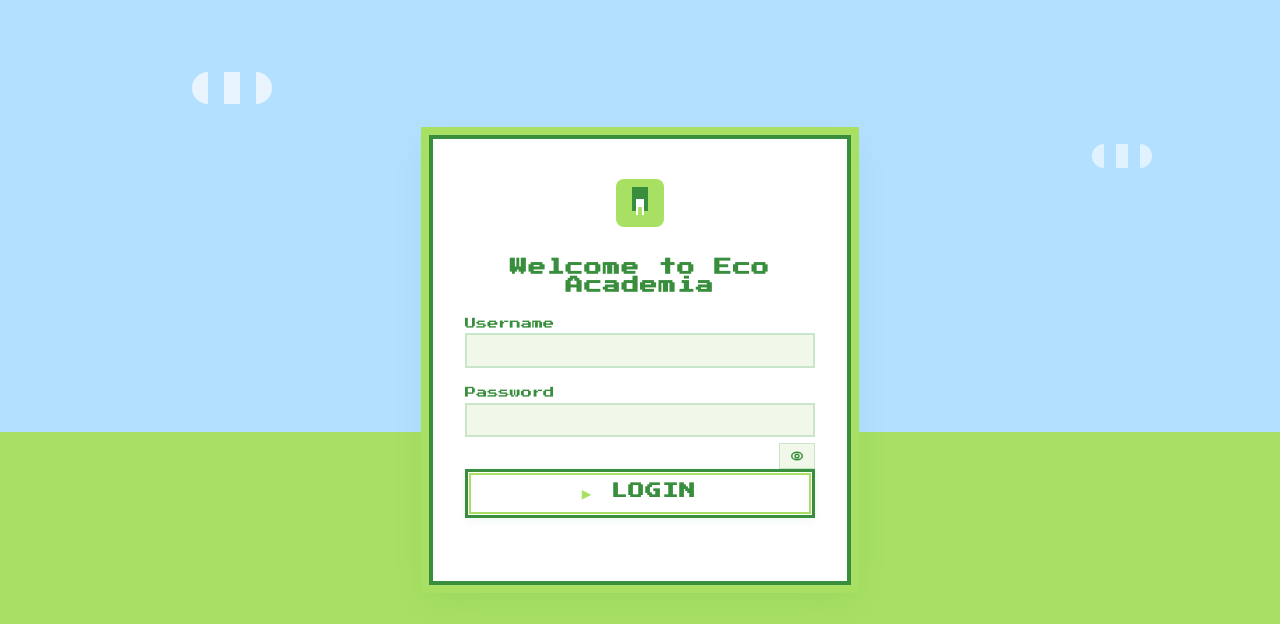
Repository: hotaruhshs/eco-academia
Page: login/index.html
These files come from the project's save history. The page is drawn as it stood at one moment and after the next save; the edit follows.
The browser window is 1280 px wide. The pictures show the whole page.

Above is the page before, as saved 2025-07-06 01:24:07.

After the next save:
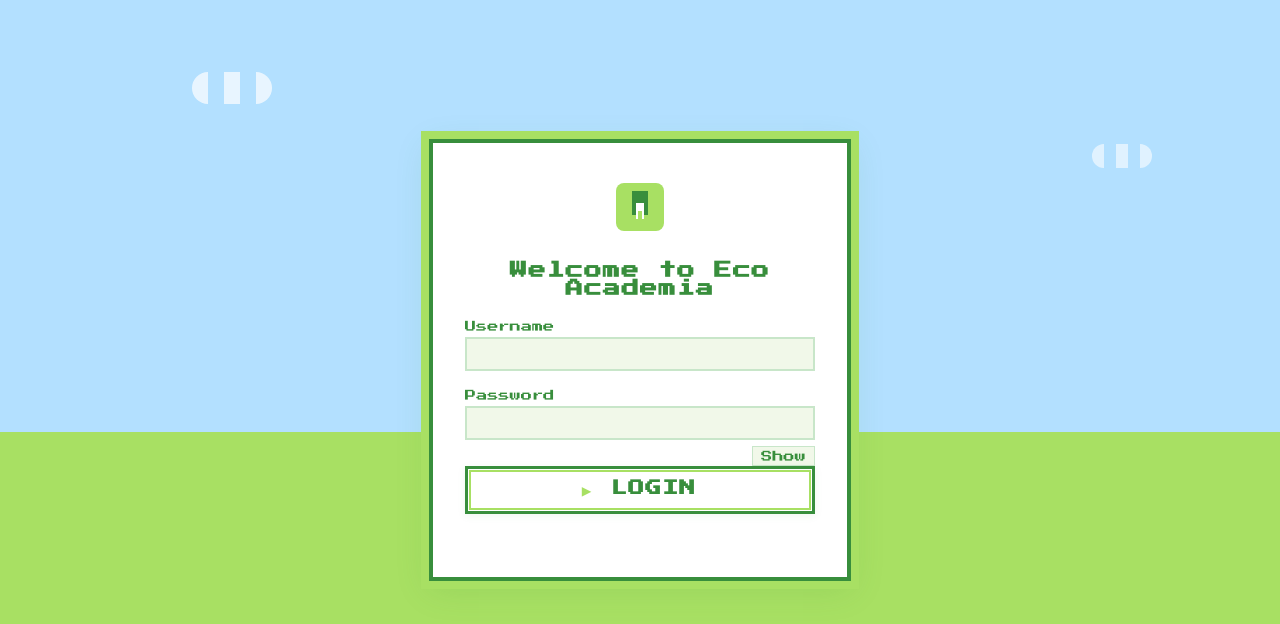
Saved 24 s later.
--- a/login/index.html
+++ b/login/index.html
@@ -30,14 +30,7 @@
           <div class="input-group">
             <label for="password">Password</label>
             <input type="password" id="password" name="password" required />
-            <button type="button" id="togglePassword" aria-label="Show password" style="margin-top:6px;font-size:0.7rem;padding:0.2rem 0.5rem;float:right;background:#f1f8e9;border:1.5px solid #c8e6c9;color:#388e3c;cursor:pointer;font-family:'Press Start 2P','Consolas',monospace;display:flex;align-items:center;gap:4px;">
-              <span id="eyeIcon" style="display:inline-block;vertical-align:middle;">
-                <!-- Eye SVG (visible by default) -->
-                <svg id="eyeOpen" xmlns="http://www.w3.org/2000/svg" width="18" height="18" viewBox="0 0 24 24" fill="none" stroke="#388e3c" stroke-width="2" stroke-linecap="round" stroke-linejoin="round"><ellipse cx="12" cy="12" rx="7" ry="5"/><circle cx="12" cy="12" r="2.5"/></svg>
-                <!-- Eye-slash SVG (hidden by default) -->
-                <svg id="eyeClosed" xmlns="http://www.w3.org/2000/svg" width="18" height="18" viewBox="0 0 24 24" fill="none" stroke="#388e3c" stroke-width="2" stroke-linecap="round" stroke-linejoin="round" style="display:none;"><ellipse cx="12" cy="12" rx="7" ry="5"/><line x1="3" y1="3" x2="21" y2="21"/></svg>
-              </span>
-            </button>
+            <button type="button" id="togglePassword" aria-label="Show password" style="margin-top:6px;font-size:0.7rem;padding:0.2rem 0.5rem;float:right;background:#f1f8e9;border:1.5px solid #c8e6c9;color:#388e3c;cursor:pointer;font-family:'Press Start 2P','Consolas',monospace;">Show</button>
           </div>
           <button type="submit">Login</button>
         </form>
--- a/login/js/login.js
+++ b/login/js/login.js
@@ -5,19 +5,15 @@ const loginMessage = document.getElementById('loginMessage');
 // Show/hide password functionality
 const passwordInput = document.getElementById('password');
 const togglePasswordBtn = document.getElementById('togglePassword');
-const eyeOpen = document.getElementById('eyeOpen');
-const eyeClosed = document.getElementById('eyeClosed');
-if (togglePasswordBtn && passwordInput && eyeOpen && eyeClosed) {
+if (togglePasswordBtn && passwordInput) {
     togglePasswordBtn.addEventListener('click', function () {
         if (passwordInput.type === 'password') {
             passwordInput.type = 'text';
-            eyeOpen.style.display = 'none';
-            eyeClosed.style.display = 'inline';
+            togglePasswordBtn.textContent = 'Hide';
             togglePasswordBtn.setAttribute('aria-label', 'Hide password');
         } else {
             passwordInput.type = 'password';
-            eyeOpen.style.display = 'inline';
-            eyeClosed.style.display = 'none';
+            togglePasswordBtn.textContent = 'Show';
             togglePasswordBtn.setAttribute('aria-label', 'Show password');
         }
     });
